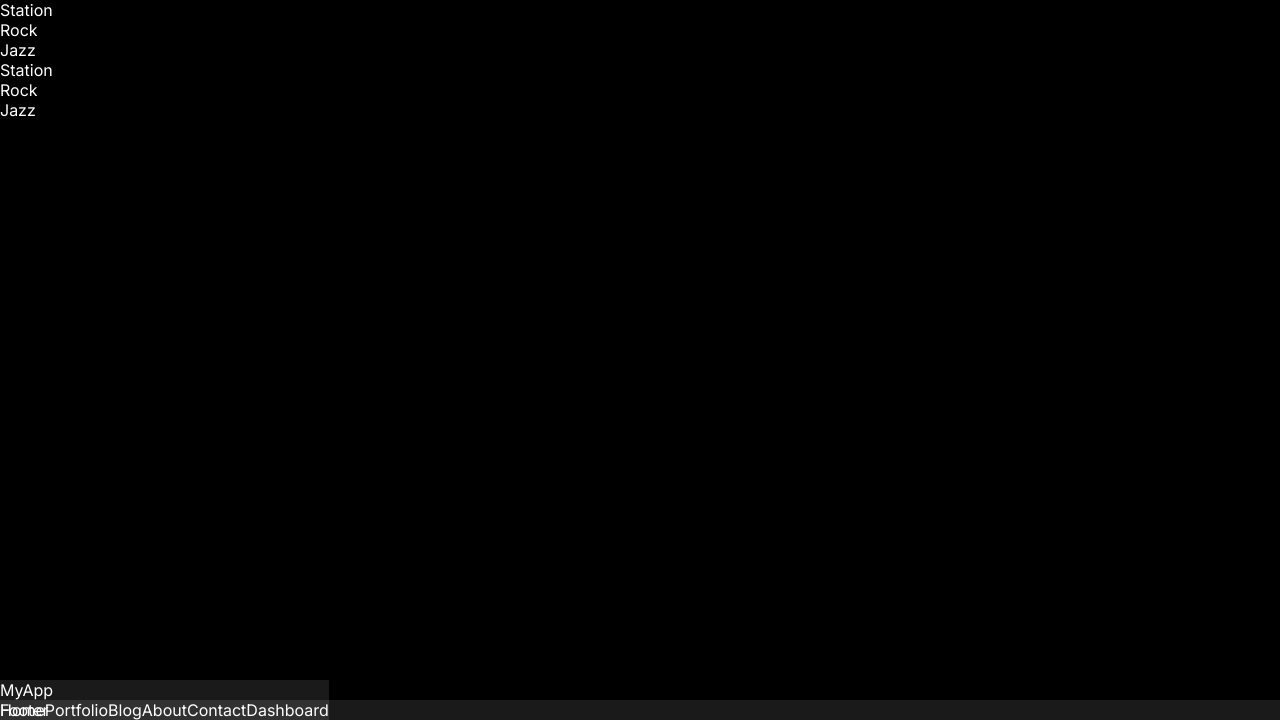
Repository: Iq-Life/musicflow-life
Page: /station
These files come from the project's save history. The page is drawn as it stood at one moment and after the next save; the edit follows.
The browser window is 1280 px wide. The pictures show the whole page.
The project was rebuilt for these pictures with package versions that can differ from the ones it lists, and the page was loaded fresh each time. The framework's server and built-in components were replaced by stand-ins that run in the browser. Also part of the build but not shown: next.config.js.

Above is the page before, as saved 2023-09-14 15:26:31.

### src/app/layout.tsx
import './globals.css'
import type { Metadata } from 'next'
import { Inter } from 'next/font/google'
import Navbar from '@/components/navbar/Navbar'
import Footer from '@/components/footer/Footer'
import StationsList from '@/components/station/StationsList'

const inter = Inter({ subsets: ['latin'] })

export const metadata: Metadata = {
  title: 'Create Next App',
  description: 'Generated by create next app',
}

export default function RootLayout({
  children,
}: {
  children: React.ReactNode
}) {
  return (
    <html lang="en">
      <body className={inter.className}>
        <div className='container'>
          <StationsList/>
          <Navbar/>
          {children}
          <Footer/>
        </div>
      </body>
    </html>
  )
}

### src/app/station/page.tsx
import React from 'react'

const stationsMusic = [
  {
    id:1,
    title: 'Rock'
  },
  {
    id:2,
    title: 'Jazz'
  },
]

const Stations = () => {
  return (
    <ul>
      Station
      {stationsMusic.map((station) => (
        <li key={station.id}>{station.title}</li>
      ))}
    </ul>
  )
}

export default Stations

### src/app/globals.css
* {
  box-sizing: border-box;
  padding: 0;
  margin: 0;
}

html,
body {
  max-width: 100vw;
  overflow-x: hidden;
  background-color: black;
  color: #fff;
}

a {
  text-decoration: none;
  color: inherit;
}

.container {
  width: 100vw;
  height: 100vh;
  position: relative;
}

### src/components/navbar/Navbar.tsx
import Link from 'next/link'
import styles from './Navbar.module.scss'

const links = [
  {
    id:1,
    title: 'Home',
    url: "/",
  },
  {
    id:2,
    title: 'Portfolio',
    url: "/portfolio",
  },
  {
    id:3,
    title: 'Blog',
    url: "/blog",
  },
  {
    id:4,
    title: 'About',
    url: "/about",
  },
  {
    id:5,
    title: 'Contact',
    url: "/contact",
  },
  {
    id:6,
    title: 'Dashboard',
    url: "/dashboard",
  },
]

const Navbar = () => {
  return (
    <nav className={styles.navbar}>
      <Link href='/'>MyApp</Link>
      <div>
        {links.map((link)=> (
          <Link key={link.id} href={link.url}>{link.title}</Link>
        ))}
      </div>
    </nav>
  )
}

export default Navbar

### src/components/footer/Footer.tsx
import styles from './Footer.module.scss'

const Footer = () => {
  return (
    <footer className={styles.footer}>Footer</footer>
  )
}

export default Footer

### src/components/station/StationsList.tsx
import React from 'react'

const stationsMusic = [
  {
    id:1,
    title: 'Rock'
  },
  {
    id:2,
    title: 'Jazz'
  },
]

const StationsList = () => {
  return (
    <ul>
      Station
      {stationsMusic.map((station) => (
        <li key={station.id}>{station.title}</li>
      ))}
    </ul>
  )
}

export default StationsList

### src/components/navbar/Navbar.module.scss
.navbar {
  position: absolute;
  bottom: 0;
  left: 0;
  background-color: rgba(255,255,255, 0.1);
}

### src/components/footer/Footer.module.scss
.footer {
  position: absolute;
  bottom: 0;
  right: 0;
  left: 0;
  background-color: rgba(255,255,255, 0.1);
}

After the next save:
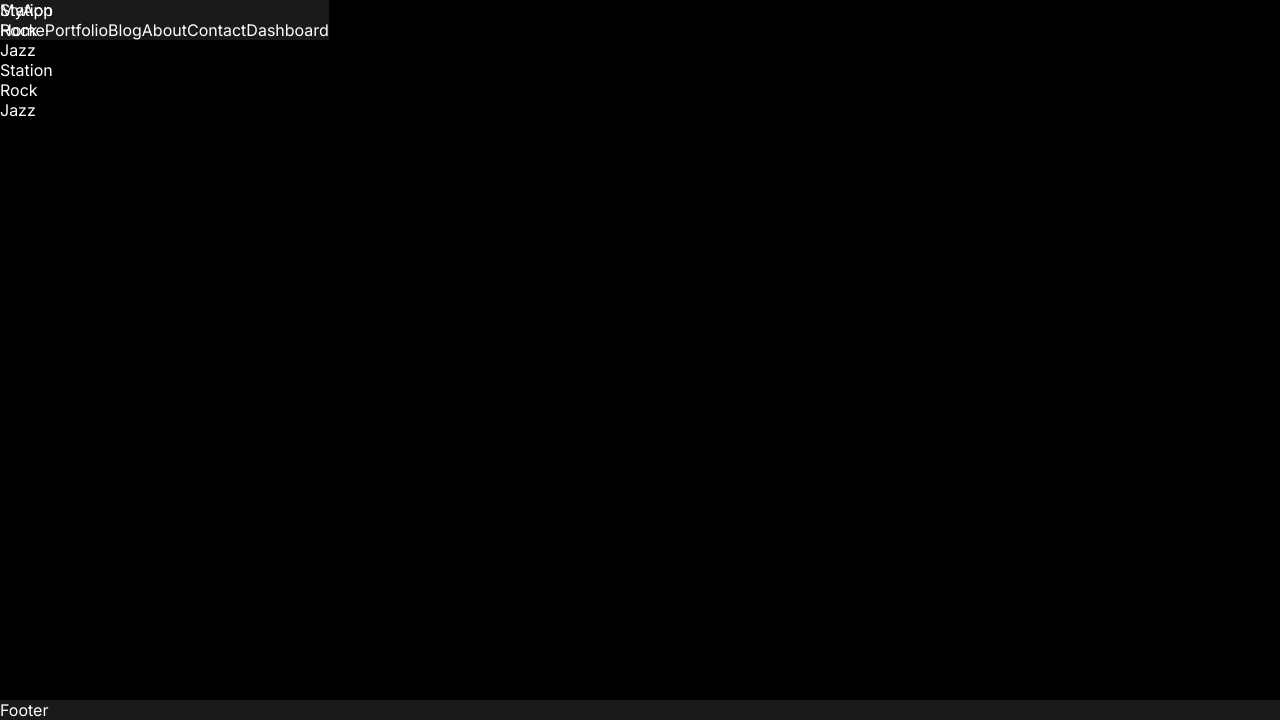
Saved 8 s later.
--- a/src/components/navbar/Navbar.module.scss
+++ b/src/components/navbar/Navbar.module.scss
@@ -1,6 +1,6 @@
 .navbar {
   position: absolute;
-  bottom: 0;
+  top: 0;
   left: 0;
   background-color: rgba(255,255,255, 0.1);
 }
